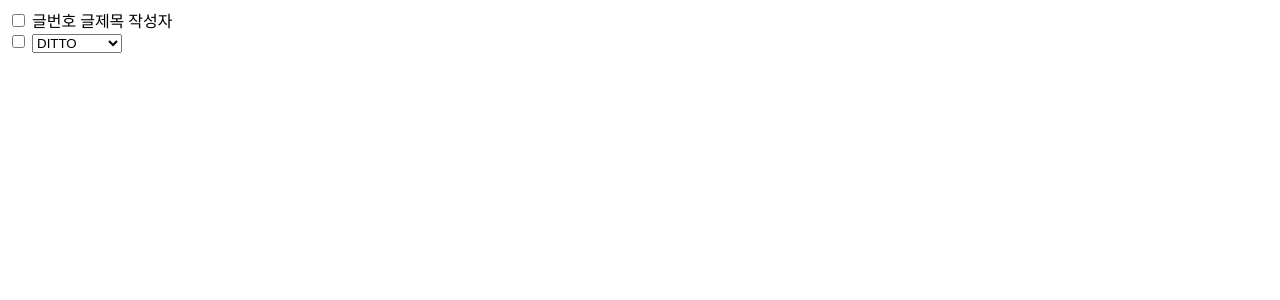
Repository: SniperDitto/save
Page: http://localhost/SpringBoard/html/boards.jsp
These files come from the project's save history. The page is drawn as it stood at one moment and after the next save; the edit follows.
The browser window is 1280 px wide. The pictures show the whole page.
The page is served by Tomcat 9. Other server files are loaded and not shown.

Above is the page before, as saved 2022-05-26 00:19:27.

### 2022JAVA_YSH 1/JAVA/SpringBoard/SpringBoard/src/main/webapp/html/boards.jsp
<%@ page language="java" contentType="text/html; charset=UTF-8"
    pageEncoding="UTF-8"%>
<!DOCTYPE html>
<html>
<head>
<meta charset="UTF-8">
<title>Boards</title>
<style type="text/css">

</style>
</head>
<body><!-- 테스트용!!! -->
<div>

</div>
<div id="board">
	<div id="boardTitle" class="bRow">
		<span class="">
			<input type="checkbox"/>
		</span>
		<span class="">글번호</span>
		<span class="">글제목</span>
		<span class="">작성자</span>
	</div>
	<div id="boardRow" class="bRow">
		<span class="">
			<input type="checkbox"/>
		</span>
		<span class=""></span>
		<span class=""></span>
		<span class="">
			<select>
				<option value="USER01">DITTO</option>
				<option value="USER02">MARSH</option>
				<option value="USER03">WAN</option>
				<option value="USER04">METAMON</option>
				<option value="USER05">OCTO</option>
			</select>
		</span>
	</div>
</div>
</body>
</html>

After the next save:
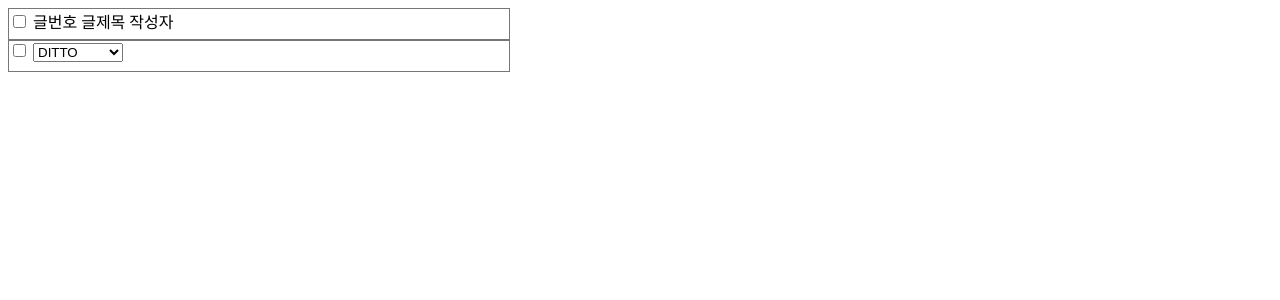
Saved 39 s later.
--- a/2022JAVA_YSH 1/JAVA/SpringBoard/SpringBoard/src/main/webapp/html/boards.jsp
+++ b/2022JAVA_YSH 1/JAVA/SpringBoard/SpringBoard/src/main/webapp/html/boards.jsp
@@ -6,7 +6,11 @@
 <meta charset="UTF-8">
 <title>Boards</title>
 <style type="text/css">
-
+	.bRow{
+		width:500px;
+		height:30px;
+		border:1px solid #777;
+	}
 </style>
 </head>
 <body><!-- 테스트용!!! -->
